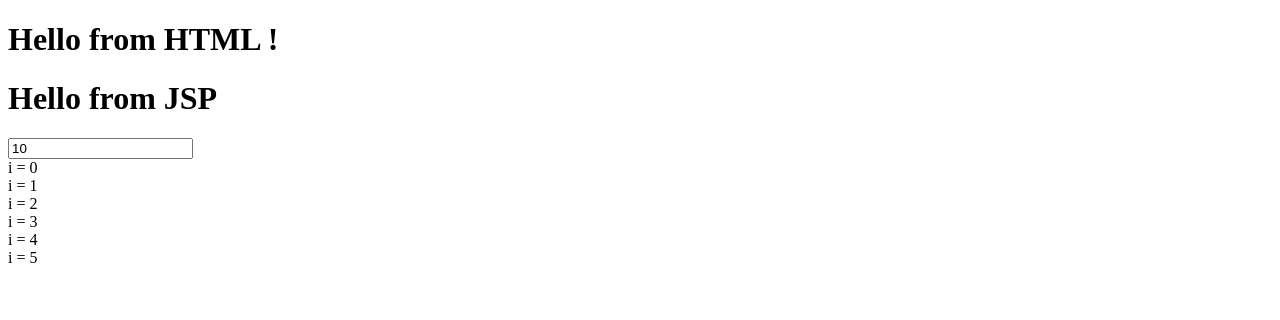
Repository: StarCoder09/JavaWorkspace
Page: http://localhost/JSP_demo/
The author's editor kept a copy of each file at every save. The page is drawn from the files as they stood at one save, then again after the next save.
The browser window is 1280 px wide. The pictures show the whole page.
The page is served by Tomcat 9. Other server files are loaded and not shown.

Above is the page before, as saved 2021-06-30 11:16:38.

### JSP_demo/src/main/webapp/index.jsp
<%@ page language="java" contentType="text/html; charset=ISO-8859-1"
    pageEncoding="ISO-8859-1"%>
<!DOCTYPE html>
<html>
	<head>
		<meta charset="ISO-8859-1">
		<title>JSP Demo</title>
	</head>
	<body>
		<h1>Hello from HTML !</h1>
		<%= "<h1>Hello from JSP</h1>" %>

		<%
			int x=10;
		%>
		<input type="text" value="<%= x %>"><br/>

		<%
			for(int i=0;i<=5;i++){
				out.print("i = " + i + "<br/>");
			}
		%>
	</body>
</html>

After the next save:
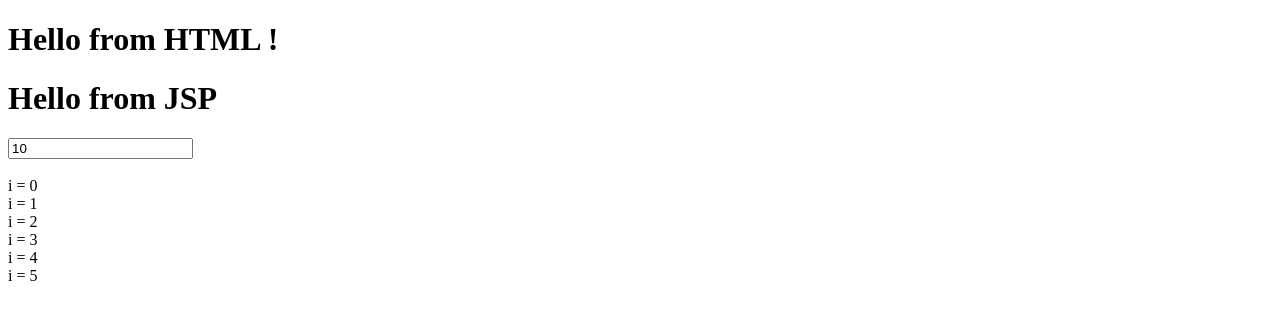
Saved 16 s later.
--- a/JSP_demo/src/main/webapp/index.jsp
+++ b/JSP_demo/src/main/webapp/index.jsp
@@ -13,7 +13,7 @@
 		<%
 			int x=10;
 		%>
-		<input type="text" value="<%= x %>"><br/>
+		<input type="text" value="<%= x %>"><br/><br/>
 
 		<%
 			for(int i=0;i<=5;i++){
